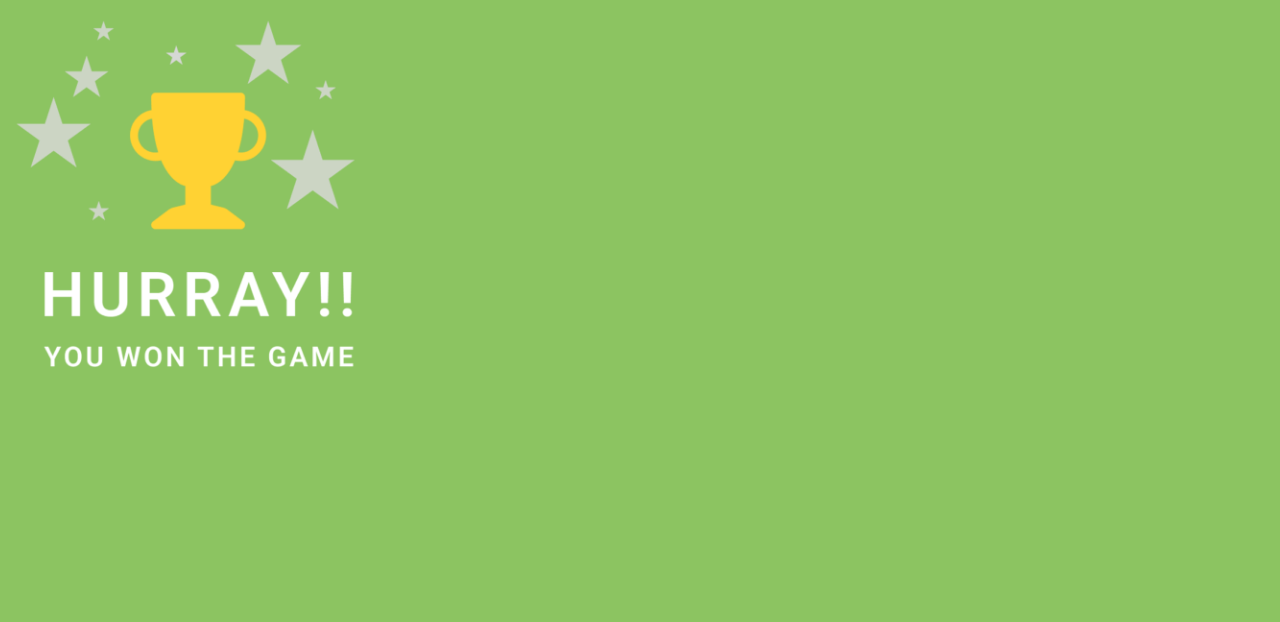
Repository: drumsmanku/Major-module-project-1
Page: hurray.html
The author's editor kept a copy of each file at every save. The page is drawn from the files as they stood at one save, then again after the next save.
The browser window is 1280 px wide. The pictures show the whole page.

Above is the page before, as saved 2023-04-30 23:51:54.

After the next save:
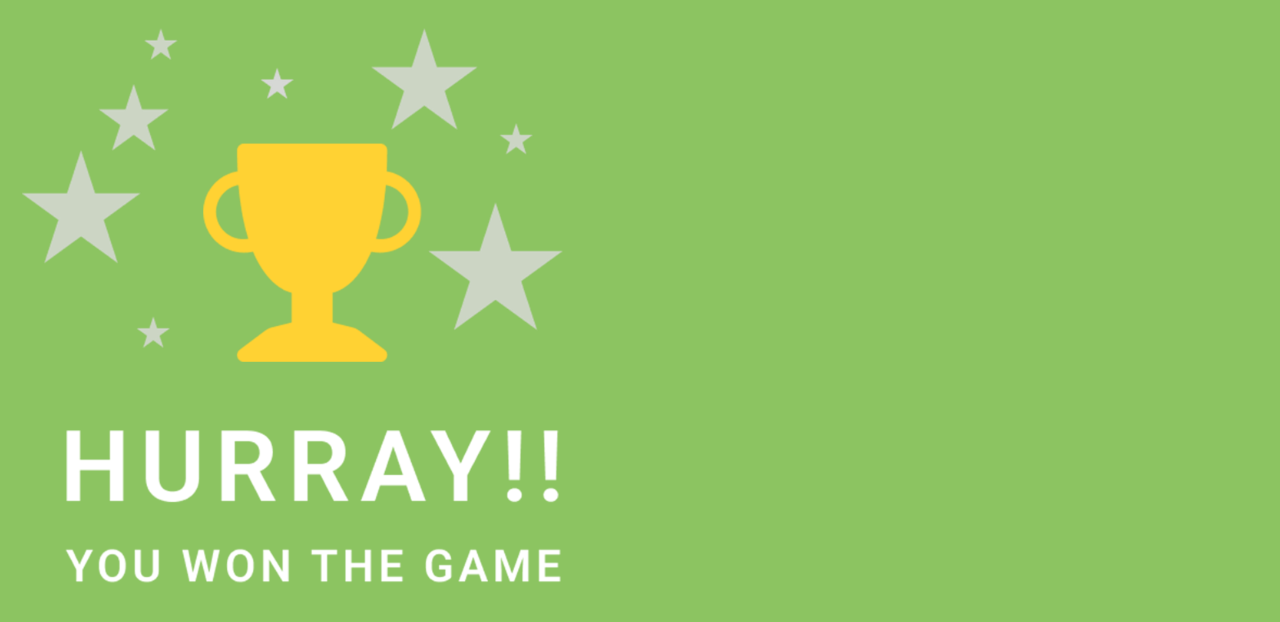
Saved 7 s later.
--- a/hurray.html
+++ b/hurray.html
@@ -10,7 +10,7 @@
       background-color: #8CC461;
     }
     .container img{
-      width: 50vh;
+      width: 80vh;
     }
   </style>
 </head>
